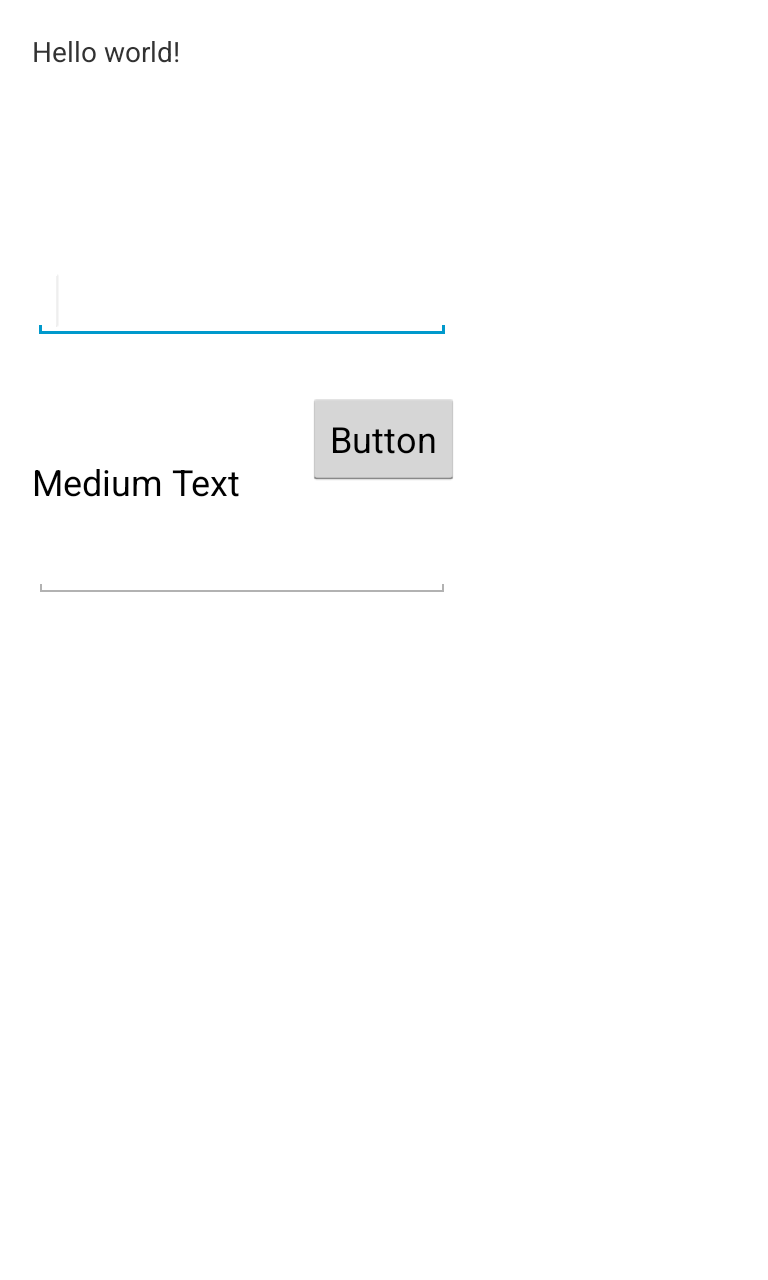
Repository: howu911/AndroidPracticeCode
Layout: day_02/code/day02_05_wayOfLayout/res/layout/activity_main.xml
An editor plug-in stored every save of this project. The layout is shown before and after the next save, followed by the edit.
It is drawn on a 768 x 1280 px phone screen (xhdpi) without system bars, with theme AppTheme; the app's code is not run.

Above is the layout before, as saved 2020-04-06 14:45:32.

After the next save:
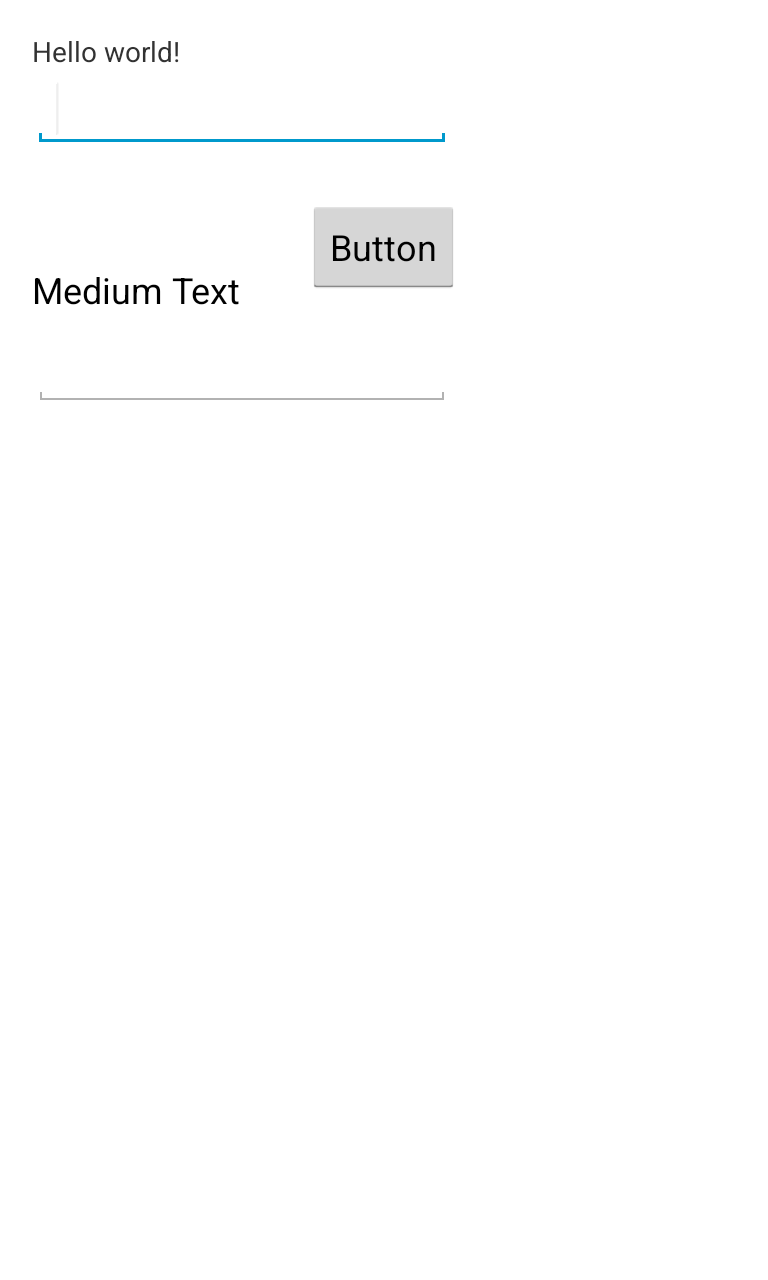
Saved 22 s later.
--- a/day_02/code/day02_05_wayOfLayout/res/layout/activity_main.xml
+++ b/day_02/code/day02_05_wayOfLayout/res/layout/activity_main.xml
@@ -19,7 +19,6 @@
         android:layout_width="wrap_content"
         android:layout_height="wrap_content"
         android:layout_below="@id/textView1"
-        android:layout_marginTop="96dp"
         android:ems="10" >
 
         <requestFocus />
